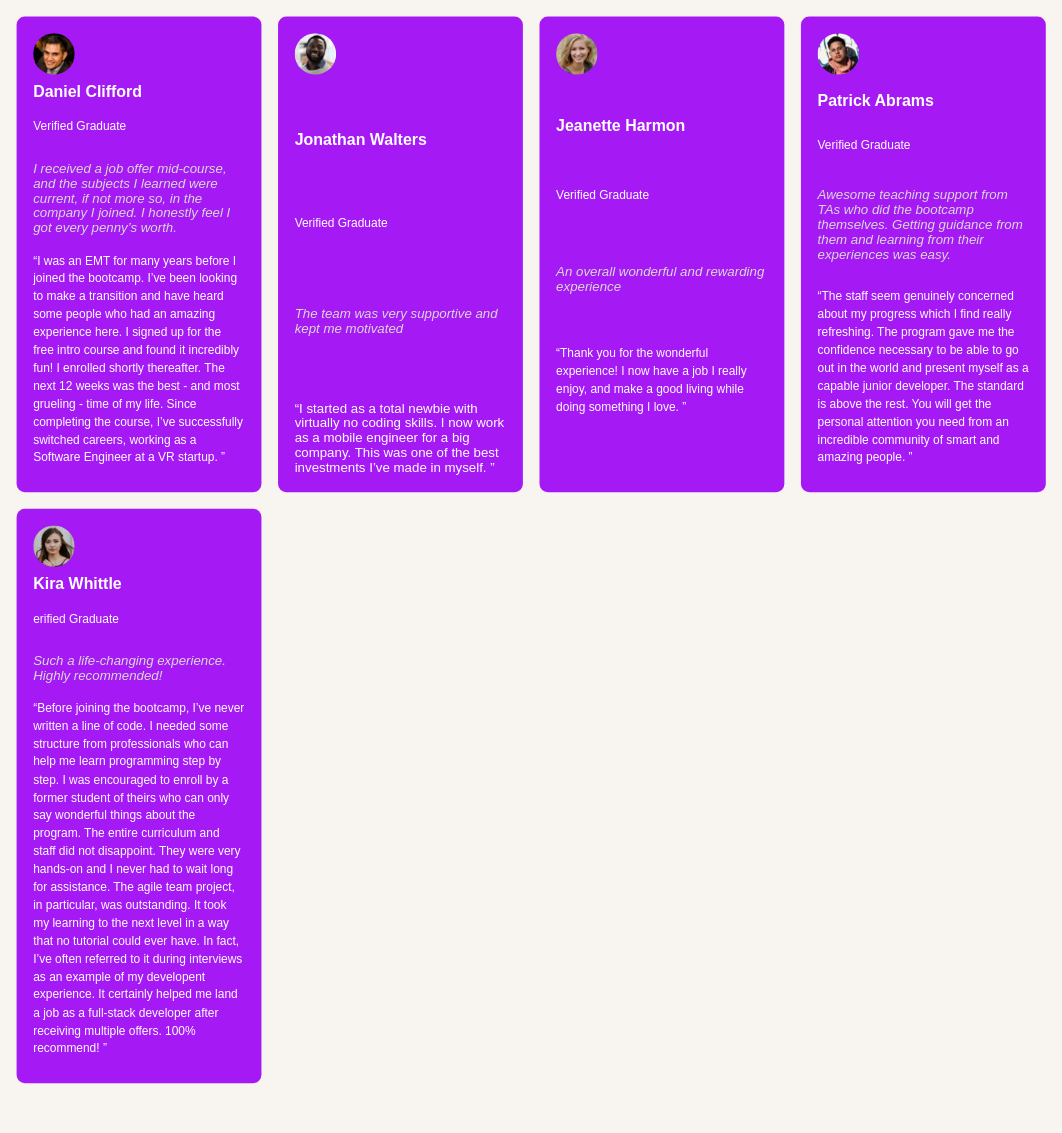
Repository: MagedElRefaey/Grid-Project
Page: Task.html
These files come from the project's save history. The page is drawn as it stood at one moment and after the next save; the edit follows.
The browser window is 1280 px wide. The pictures show the whole page, at 83% of full size.

Above is the page before, as saved 2024-09-13 22:37:10.

After the next save:
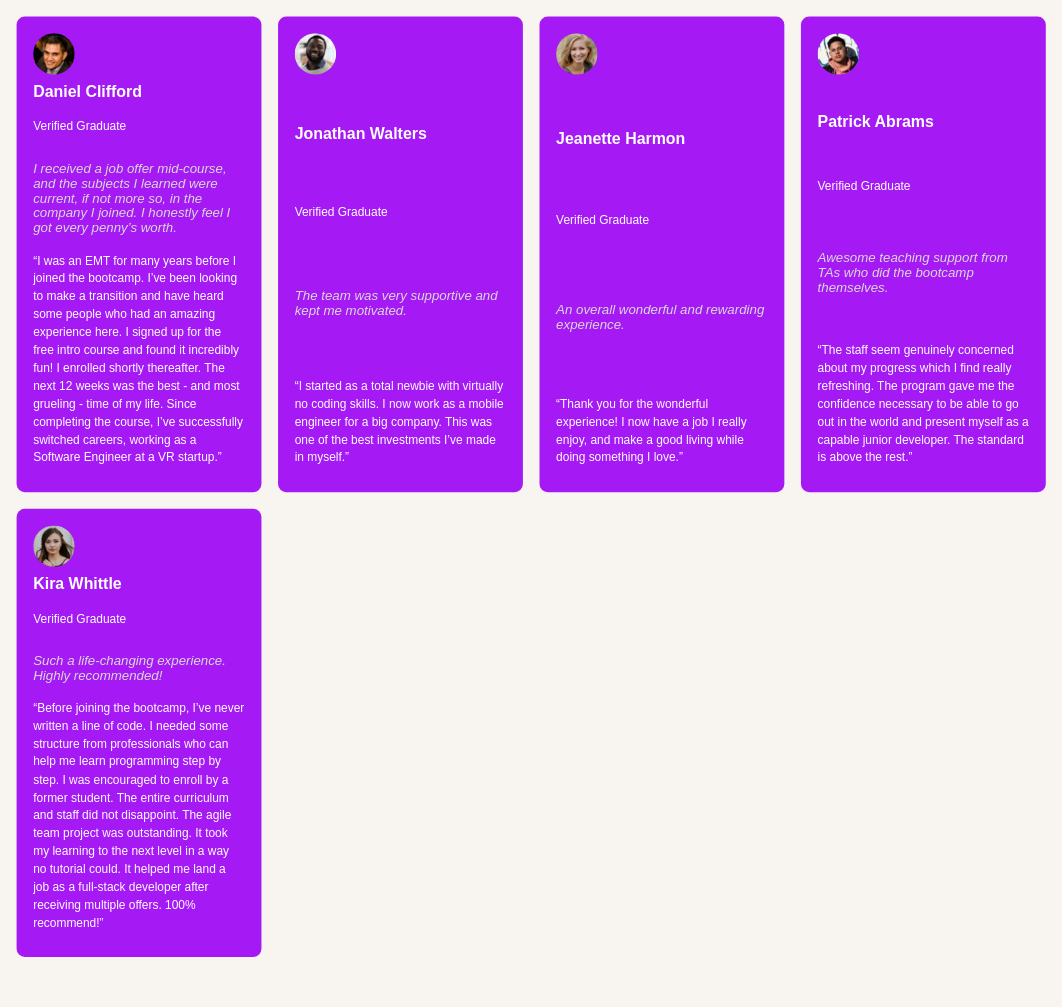
Saved 1 s later.
--- a/Task.html
+++ b/Task.html
@@ -1,69 +1,62 @@
 <!DOCTYPE html>
 <html lang="en">
 <head>
-    <link rel ="stylesheet" href="./Style.css">
+    <link rel="stylesheet" href="./Style.css">
     <meta charset="UTF-8">
     <meta name="viewport" content="width=device-width, initial-scale=1.0">
     <title>Document</title>
 </head>
 <body>
     <div class="Container">
-        <div class="Card David"> <img src = "images/image-daniel.jpg">
-
+        <div class="Card David">
+            <img src="images/image-daniel.jpg">
             <h3>Daniel Clifford</h3>
             <p>Verified Graduate</p>
             <blockquote>
-            I received a job offer mid-course, and the subjects I learned were current, if not more so,
-            in the company I joined. I honestly feel I got every penny’s worth.</blockquote>
+                I received a job offer mid-course, and the subjects I learned were current, if not more so, in the company I joined. I honestly feel I got every penny’s worth.
+            </blockquote>
+            <p>“I was an EMT for many years before I joined the bootcamp. I’ve been looking to make a transition and have heard some people who had an amazing experience here. I signed up for the free intro course and found it incredibly fun! I enrolled shortly thereafter. The next 12 weeks was the best - and most grueling - time of my life. Since completing the course, I’ve successfully switched careers, working as a Software Engineer at a VR startup.”</p>
+        </div>
 
-            <p>“I was an EMT for many years before I joined the bootcamp. I’ve been looking to make a
-            transition and have heard some people who had an amazing experience here. I signed up
-            for the free intro course and found it incredibly fun! I enrolled shortly thereafter.
-            The next 12 weeks was the best - and most grueling - time of my life. Since completing
-            the course, I’ve successfully switched careers, working as a Software Engineer at a VR startup. ”</p></div>
-        <div class="Card Jonathan"><img src = "images/image-jonathan.jpg">
+        <div class="Card Jonathan">
+            <img src="images/image-jonathan.jpg">
             <h3>Jonathan Walters</h3>
             <p>Verified Graduate</p>
+            <blockquote>
+                The team was very supportive and kept me motivated.
+            </blockquote>
+            <p>“I started as a total newbie with virtually no coding skills. I now work as a mobile engineer for a big company. This was one of the best investments I’ve made in myself.”</p>
+        </div>
 
-            <blockquote>The team was very supportive and kept me motivated</blockquote>
-
-            “I started as a total newbie with virtually no coding skills. I now work as a mobile engineer
-            for a big company. This was one of the best investments I’ve made in myself. ”</div>
-        <div class="Card Jeantette"> <img src = "images/image-jeanette.jpg">
+        <div class="Card Jeantette">
+            <img src="images/image-jeanette.jpg">
             <h3>Jeanette Harmon</h3>
             <p>Verified Graduate</p>
+            <blockquote>
+                An overall wonderful and rewarding experience.
+            </blockquote>
+            <p>“Thank you for the wonderful experience! I now have a job I really enjoy, and make a good living while doing something I love.”</p>
+        </div>
 
-            <blockquote>An overall wonderful and rewarding experience</blockquote>
-
-            <p>“Thank you for the wonderful experience! I now have a job I really enjoy, and make a good living
-            while doing something I love. ” <p> </div>
-
-        <div class="Card Patrick"><img src="images/image-patrick.jpg">
+        <div class="Card Patrick">
+            <img src="images/image-patrick.jpg">
             <h3>Patrick Abrams</h3>
             <p>Verified Graduate</p>
+            <blockquote>
+                Awesome teaching support from TAs who did the bootcamp themselves.
+            </blockquote>
+            <p>“The staff seem genuinely concerned about my progress which I find really refreshing. The program gave me the confidence necessary to be able to go out in the world and present myself as a capable junior developer. The standard is above the rest.”</p>
+        </div>
 
-            <blockquote>Awesome teaching support from TAs who did the bootcamp themselves. Getting guidance from them and
-            learning from their experiences was easy.</blockquote>
-
-            <p>“The staff seem genuinely concerned about my progress which I find really refreshing. The program
-            gave me the confidence necessary to be able to go out in the world and present myself as a capable
-            junior developer. The standard is above the rest. You will get the personal attention you need from
-            an incredible community of smart and amazing people. ”</p>
-           </div>
-        <div class="Card Kira"><img src="images/image-kira.jpg">
+        <div class="Card Kira">
+            <img src="images/image-kira.jpg">
             <h3>Kira Whittle</h3>
-            <p>erified Graduate</p>
-
-            <blockquote>Such a life-changing experience. Highly recommended!</blockquote>
-
-            <p>“Before joining the bootcamp, I’ve never written a line of code. I needed some structure from
-            professionals who can help me learn programming step by step. I was encouraged to enroll by a former
-            student of theirs who can only say wonderful things about the program. The entire curriculum and staff
-            did not disappoint. They were very hands-on and I never had to wait long for assistance. The agile team
-            project, in particular, was outstanding. It took my learning to the next level in a way that no tutorial
-            could ever have. In fact, I’ve often referred to it during interviews as an example of my developent
-            experience. It certainly helped me land a job as a full-stack developer after receiving multiple offers.
-            100% recommend! ”</p> </div>
+            <p>Verified Graduate</p>
+            <blockquote>
+                Such a life-changing experience. Highly recommended!
+            </blockquote>
+            <p>“Before joining the bootcamp, I’ve never written a line of code. I needed some structure from professionals who can help me learn programming step by step. I was encouraged to enroll by a former student. The entire curriculum and staff did not disappoint. The agile team project was outstanding. It took my learning to the next level in a way no tutorial could. It helped me land a job as a full-stack developer after receiving multiple offers. 100% recommend!”</p>
+        </div>
     </div>
 </body>
 </html>

After the save that followed:
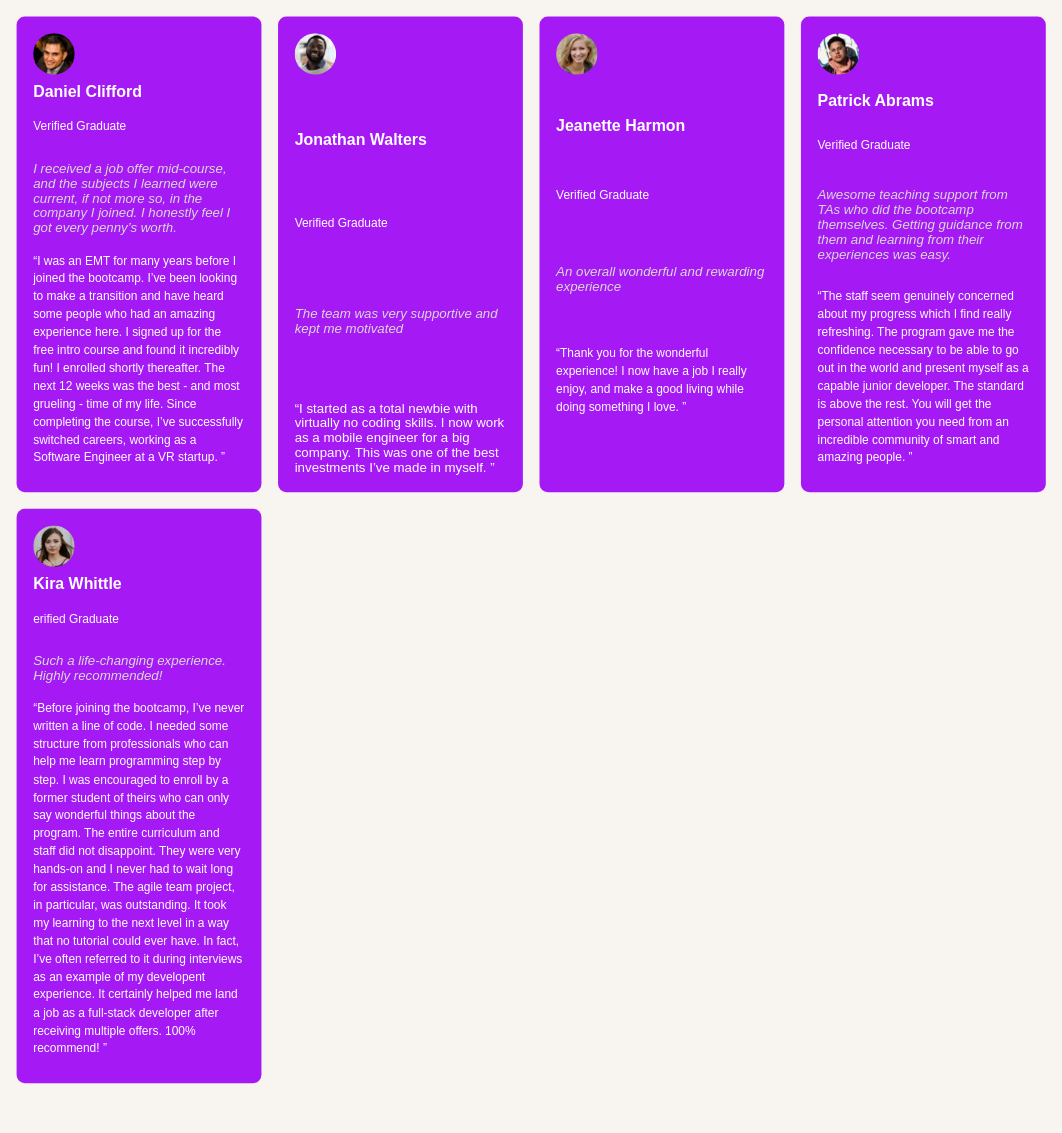
Saved 9 s later.
--- a/Task.html
+++ b/Task.html
@@ -1,62 +1,69 @@
 <!DOCTYPE html>
 <html lang="en">
 <head>
-    <link rel="stylesheet" href="./Style.css">
+    <link rel ="stylesheet" href="./Style.css">
     <meta charset="UTF-8">
     <meta name="viewport" content="width=device-width, initial-scale=1.0">
     <title>Document</title>
 </head>
 <body>
     <div class="Container">
-        <div class="Card David">
-            <img src="images/image-daniel.jpg">
+        <div class="Card David"> <img src = "images/image-daniel.jpg">
+
             <h3>Daniel Clifford</h3>
             <p>Verified Graduate</p>
             <blockquote>
-                I received a job offer mid-course, and the subjects I learned were current, if not more so, in the company I joined. I honestly feel I got every penny’s worth.
-            </blockquote>
-            <p>“I was an EMT for many years before I joined the bootcamp. I’ve been looking to make a transition and have heard some people who had an amazing experience here. I signed up for the free intro course and found it incredibly fun! I enrolled shortly thereafter. The next 12 weeks was the best - and most grueling - time of my life. Since completing the course, I’ve successfully switched careers, working as a Software Engineer at a VR startup.”</p>
-        </div>
+            I received a job offer mid-course, and the subjects I learned were current, if not more so,
+            in the company I joined. I honestly feel I got every penny’s worth.</blockquote>
 
-        <div class="Card Jonathan">
-            <img src="images/image-jonathan.jpg">
+            <p>“I was an EMT for many years before I joined the bootcamp. I’ve been looking to make a
+            transition and have heard some people who had an amazing experience here. I signed up
+            for the free intro course and found it incredibly fun! I enrolled shortly thereafter.
+            The next 12 weeks was the best - and most grueling - time of my life. Since completing
+            the course, I’ve successfully switched careers, working as a Software Engineer at a VR startup. ”</p></div>
+        <div class="Card Jonathan"><img src = "images/image-jonathan.jpg">
             <h3>Jonathan Walters</h3>
             <p>Verified Graduate</p>
-            <blockquote>
-                The team was very supportive and kept me motivated.
-            </blockquote>
-            <p>“I started as a total newbie with virtually no coding skills. I now work as a mobile engineer for a big company. This was one of the best investments I’ve made in myself.”</p>
-        </div>
 
-        <div class="Card Jeantette">
-            <img src="images/image-jeanette.jpg">
+            <blockquote>The team was very supportive and kept me motivated</blockquote>
+
+            “I started as a total newbie with virtually no coding skills. I now work as a mobile engineer
+            for a big company. This was one of the best investments I’ve made in myself. ”</div>
+        <div class="Card Jeantette"> <img src = "images/image-jeanette.jpg">
             <h3>Jeanette Harmon</h3>
             <p>Verified Graduate</p>
-            <blockquote>
-                An overall wonderful and rewarding experience.
-            </blockquote>
-            <p>“Thank you for the wonderful experience! I now have a job I really enjoy, and make a good living while doing something I love.”</p>
-        </div>
 
-        <div class="Card Patrick">
-            <img src="images/image-patrick.jpg">
+            <blockquote>An overall wonderful and rewarding experience</blockquote>
+
+            <p>“Thank you for the wonderful experience! I now have a job I really enjoy, and make a good living
+            while doing something I love. ” <p> </div>
+
+        <div class="Card Patrick"><img src="images/image-patrick.jpg">
             <h3>Patrick Abrams</h3>
             <p>Verified Graduate</p>
-            <blockquote>
-                Awesome teaching support from TAs who did the bootcamp themselves.
-            </blockquote>
-            <p>“The staff seem genuinely concerned about my progress which I find really refreshing. The program gave me the confidence necessary to be able to go out in the world and present myself as a capable junior developer. The standard is above the rest.”</p>
-        </div>
 
-        <div class="Card Kira">
-            <img src="images/image-kira.jpg">
+            <blockquote>Awesome teaching support from TAs who did the bootcamp themselves. Getting guidance from them and
+            learning from their experiences was easy.</blockquote>
+
+            <p>“The staff seem genuinely concerned about my progress which I find really refreshing. The program
+            gave me the confidence necessary to be able to go out in the world and present myself as a capable
+            junior developer. The standard is above the rest. You will get the personal attention you need from
+            an incredible community of smart and amazing people. ”</p>
+           </div>
+        <div class="Card Kira"><img src="images/image-kira.jpg">
             <h3>Kira Whittle</h3>
-            <p>Verified Graduate</p>
-            <blockquote>
-                Such a life-changing experience. Highly recommended!
-            </blockquote>
-            <p>“Before joining the bootcamp, I’ve never written a line of code. I needed some structure from professionals who can help me learn programming step by step. I was encouraged to enroll by a former student. The entire curriculum and staff did not disappoint. The agile team project was outstanding. It took my learning to the next level in a way no tutorial could. It helped me land a job as a full-stack developer after receiving multiple offers. 100% recommend!”</p>
-        </div>
+            <p>erified Graduate</p>
+
+            <blockquote>Such a life-changing experience. Highly recommended!</blockquote>
+
+            <p>“Before joining the bootcamp, I’ve never written a line of code. I needed some structure from
+            professionals who can help me learn programming step by step. I was encouraged to enroll by a former
+            student of theirs who can only say wonderful things about the program. The entire curriculum and staff
+            did not disappoint. They were very hands-on and I never had to wait long for assistance. The agile team
+            project, in particular, was outstanding. It took my learning to the next level in a way that no tutorial
+            could ever have. In fact, I’ve often referred to it during interviews as an example of my developent
+            experience. It certainly helped me land a job as a full-stack developer after receiving multiple offers.
+            100% recommend! ”</p> </div>
     </div>
 </body>
 </html>
